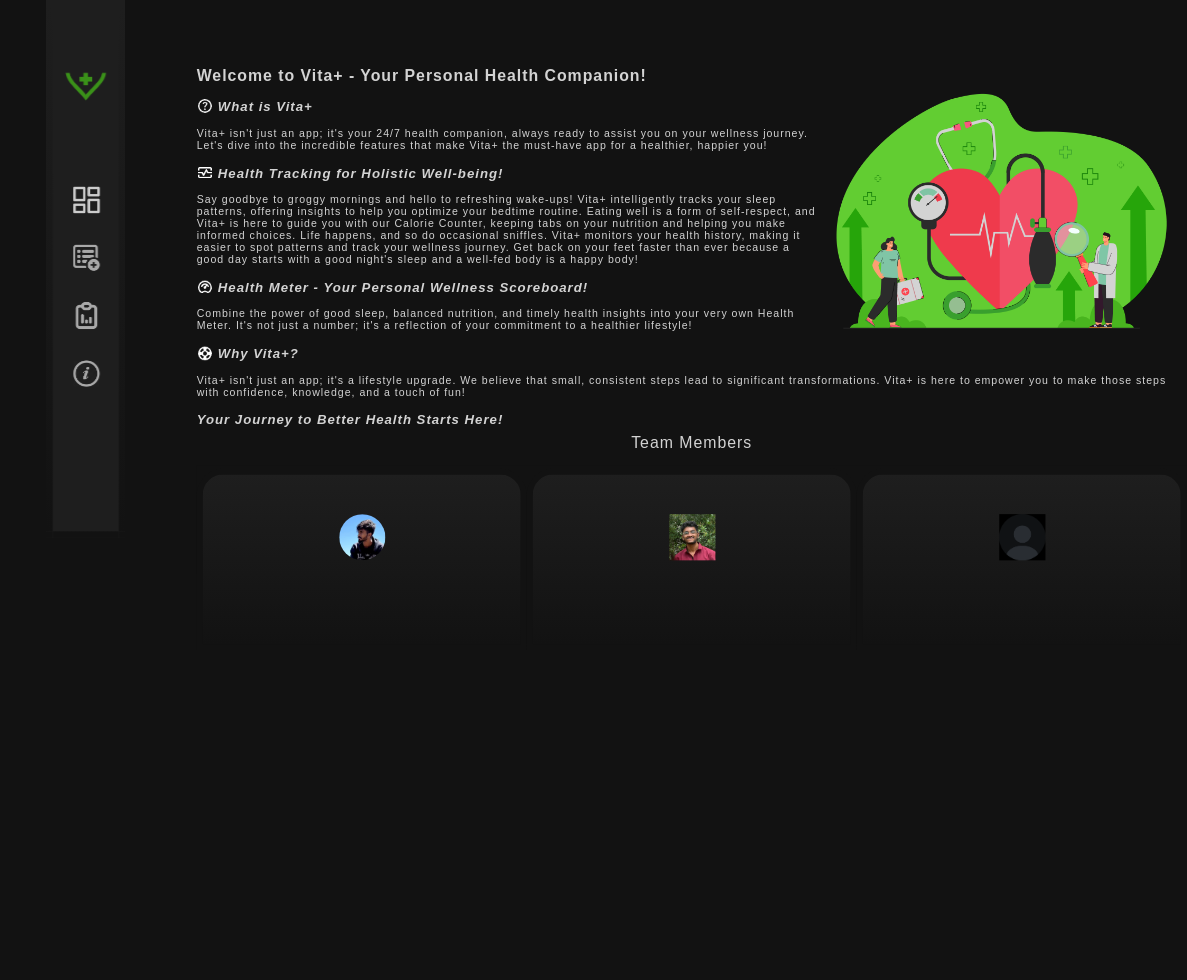
Repository: mhmd-bilal/health-analytics-dashboard
Page: http://localhost/project/info.jsp
These files come from the project's save history. The page is drawn as it stood at one moment and after the next save; the edit follows.
The browser window is 1280 px wide. The page is 1798 px wide, so the pictures cover 1798 px, including what lies to the right of the window. The pictures show the whole page, at 66% of full size.
Some web fonts or font styles are not loaded; a fallback is used. Some web libraries are served in a nearby version. The page is served by Tomcat 10.

Above is the page before, as saved 2023-12-06 16:12:13.

After the next save:
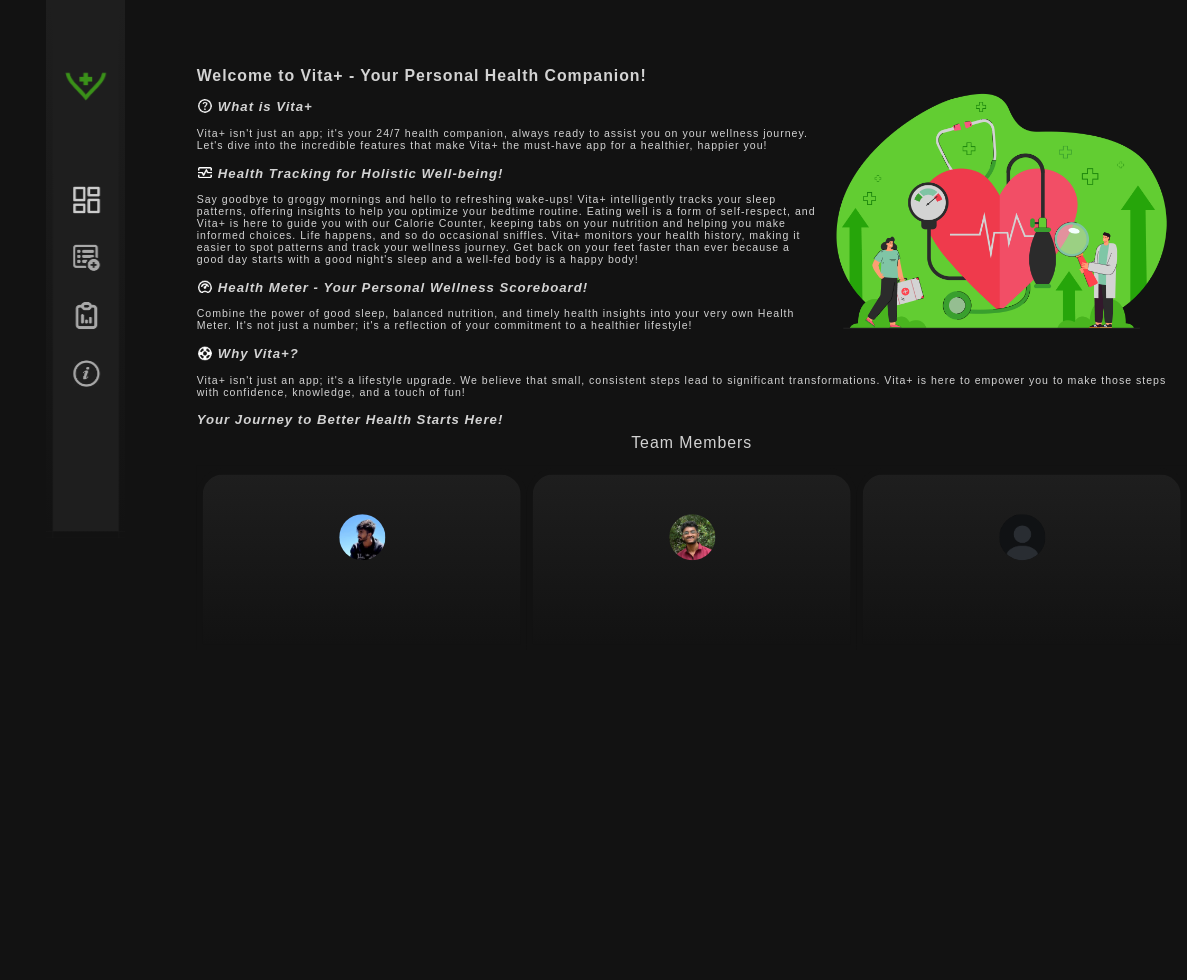
Saved 14 s later.
--- a/project/src/main/webapp/info.jsp
+++ b/project/src/main/webapp/info.jsp
@@ -92,10 +92,10 @@ Vita+ isn't just an app; it's a lifestyle upgrade. We believe that small, consis
         <a class="choose-btn" href="https://www.linkedin.com/in/rithisnaha/"><img src="1.png" style="border-radius:50%"></a>
     </div>
         <div class="choose-card">
-        <a class="choose-btn" href="https://www.linkedin.com/in/mohammed-bilal-3640991a7/"><img src="2.png"></a>
+        <a class="choose-btn" href="https://www.linkedin.com/in/mohammed-bilal-3640991a7/"><img src="2.png" style="border-radius:50%"></a>
     </div>
         <div class="choose-card">
-        <a class="choose-btn" href="https://www.linkedin.com/in/lalith-kumaresan-50a994272/")"><img src="3.png"></a>
+        <a class="choose-btn" href="https://www.linkedin.com/in/lalith-kumaresan-50a994272/")"><img src="3.png" style="border-radius:50%"></a>
         </div>
     </div>
 
